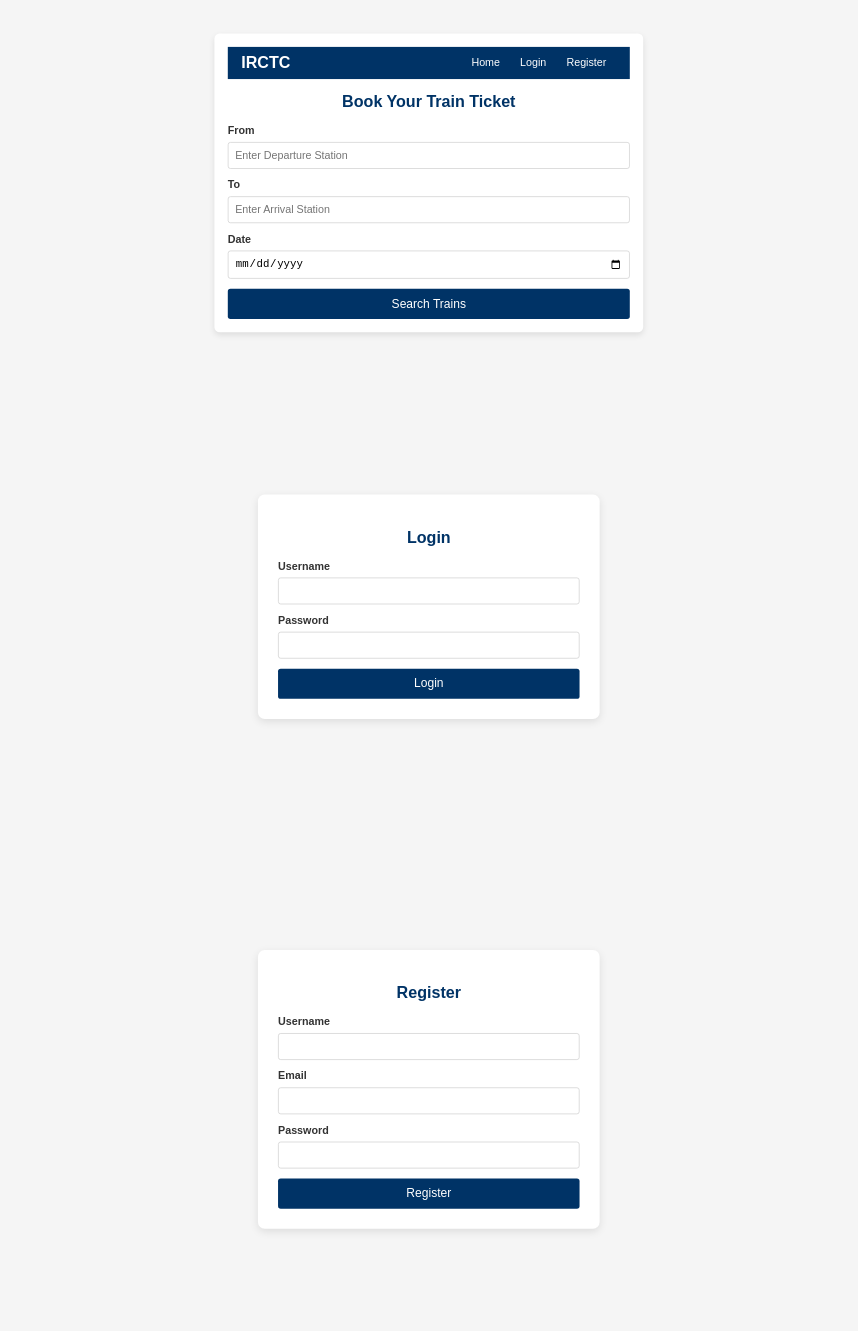
Repository: ssaddamhuss100/IRCTC-Clone
Page: /
These files come from the project's save history. The page is drawn as it stood at one moment and after a run of saves; the edit follows.
The browser window is 1280 px wide. The pictures show the whole page, at 67% of full size.
The project was rebuilt for these pictures with package versions that can differ from the ones it lists, and the page was loaded fresh each time. Also part of the build but not shown: vite.config.js.

Above is the page before, as saved 2025-01-19 11:50:26.

### src/App.jsx
import React, { useEffect } from "react";
import Homepage from "./pages/Homepage/Homepage";
import Login from "./pages/Login/Login";
import Register from "./pages/Register/Register";


const App = () => {
  return (
    <div>
      <Homepage/>
      <Login/>
      <Register/>
    </div>
  );
};

export default App;

### src/pages/Homepage/Homepage.jsx
import React from "react";
import "./HomePage.css";
import Navbar from "../../components/Navbar/Navbar";
const HomePage = () => {

  return (
    <div className="homepage">
      <Navbar/>
      <h2>Book Your Train Ticket</h2>
      <form>
        <div className="form-group">
          <label htmlFor="from">From</label>
          <input
            type="text"
            id="from"
            placeholder="Enter Departure Station"
            required
          />
        </div>
        <div className="form-group">
          <label htmlFor="to">To</label>
          <input
            type="text"
            id="to"
            placeholder="Enter Arrival Station"
            required
          />
        </div>
        <div className="form-group">
          <label htmlFor="date">Date</label>
          <input type="date" id="date" required />
        </div>
        <button type="submit">Search Trains</button>
      </form>
    </div>
  );
};


export default HomePage;

### src/pages/Login/Login.jsx
import React from "react";
import "./Login.css";

const Login = () => {
  return (
    <div className="login-container">
      <div className="login-box">
        <h2>Login</h2>

        <form>

          <div className="form-group">
            <label htmlFor="username">Username</label>
            <input type="text" id="username" required />
          </div>

          <div className="form-group">
            <label htmlFor="password">Password</label>
            <input type="password" id="password" required />
          </div>

          <button type="submit">Login</button>

        </form>

      </div>
    </div>
  );
};

export default Login;

### src/pages/Register/Register.jsx
import React from "react";
import "./Register.css";

const Register = () => {
  return (
    <div className="register-container">
      <div className="register-box">
        <h2>Register</h2>

        <form>

          <div className="form-group">
            <label htmlFor="username">Username</label>
            <input type="text" id="username" required />
          </div>

          <div className="form-group">
            <label htmlFor="email">Email</label>
            <input type="email" id="email" required />
          </div>

          <div className="form-group">
            <label htmlFor="password">Password</label>
            <input type="password" id="password" required />
          </div>

          <button type="submit">Register</button>

        </form>

      </div>
    </div>
  );
};

export default Register;

### src/pages/Homepage/Homepage.css
body {
  margin: 0;
  font-family: Arial, sans-serif;
  background-color: #f5f5f5;
}

.homepage {
  background-color: white;
  padding: 20px;
  margin: 50px auto;
  border-radius: 8px;
  max-width: 600px;
  box-shadow: 0 4px 10px rgba(0, 0, 0, 0.1);
}

h2 {
  color: #003366;
  text-align: center;
  margin-bottom: 20px;
  font-size: 24px;
  font-weight: 700;
}

form {
  display: flex;
  flex-direction: column;
  gap: 15px;
}

.form-group {
  display: flex;
  flex-direction: column;
}

.form-group label {
  font-size: 16px;
  font-weight: 600;
  color: #333;
  margin-bottom: 8px;
}

.form-group input {
  padding: 10px;
  border: 1px solid #ccc;
  border-radius: 4px;
  font-size: 16px;
  transition: border-color 0.3s;
}

.form-group input:focus {
  border-color: #003366;
}

button[type="submit"] {
  background-color: #003366;
  color: white;
  padding: 12px;
  border: none;
  border-radius: 4px;
  font-size: 18px;
  cursor: pointer;
  transition: background-color 0.3s;
}

button[type="submit"]:hover {
  background-color: #005b99;
}

@media (max-width: 768px) {
  .homepage {
    margin: 20px;
    padding: 15px;
  }
}

### src/components/navbar/Navbar.jsx
import React from "react";
import "./Navbar.css";
import Login from "../../pages/Login/Login";
import Register from "../../pages/Register/Register";

const Navbar = () => {
  return (
    <nav className="navbar">
      <h1>IRCTC</h1>
      <ul>
        <li>
          <a href="/">Home</a>
        </li>
        <li>
          <a href="/login">Login</a>
        </li>
        <li>
          <a href="/register">Register</a>
        </li>
      </ul>
    </nav>
  );
};

export default Navbar;

### src/pages/Login/Login.css
/* Outer container to center the form on the page */
.login-container {
  display: flex;
  justify-content: center; /* Center horizontally */
  align-items: center; /* Center vertically */
  min-height: 100vh; /* Full viewport height */
  background-color: #f5f5f5; /* Light gray background */
}

/* Form box layout similar to IRCTC */
.login-box {
  background-color: #ffffff; /* White background for form */
  padding: 30px;
  border-radius: 10px; /* Rounded corners */
  box-shadow: 0 4px 12px rgba(0, 0, 0, 0.1); /* Soft shadow */
  width: 100%; /* Full width of container */
  max-width: 450px; /* Max width to limit form size */
}

/* Form heading */
.login-box h2 {
  text-align: center;
  color: #003366; /* IRCTC blue color for heading */
  margin-bottom: 20px;
}

### src/pages/Register/Register.css
/* Outer container to center the form on the page */
.register-container {
    display: flex;
    justify-content: center; /* Center horizontally */
    align-items: center; /* Center vertically */
    min-height: 100vh; /* Full viewport height */
    background-color: #f5f5f5; /* Light gray background */
  }

  /* Form box layout similar to IRCTC */
  .register-box {
    background-color: #ffffff; /* White background for form */
    padding: 30px;
    border-radius: 10px; /* Rounded corners */
    box-shadow: 0 4px 12px rgba(0, 0, 0, 0.1); /* Soft shadow */
    width: 100%; /* Full width of container */
    max-width: 450px; /* Max width to limit form size */
  }

  /* Form heading */
  .register-box h2 {
    text-align: center;
    color: #003366; /* IRCTC blue color for heading */
    margin-bottom: 20px;
  }

### src/components/navbar/navbar.css
.navbar {
    display: flex;
    justify-content: space-between;
    align-items: center;
    background-color: #003366;
    padding: 10px 20px;
    color: white;
  }

  .navbar h1 {
    margin: 0;
  }

  .navbar ul {
    list-style-type: none;
    margin: 0;
    padding: 0;
    display: flex;
  }

  .navbar li {
    margin: 0 15px;
  }

  .navbar a {
    color: white;
    text-decoration: none;
    font-size: 16px;
  }

  .navbar a:hover {
    text-decoration: underline;
  }

### src/components/Header/Header.jsx
import React from "react";
import "./Header.css";

class Header extends React.Component {
  render() {
    return (
      <nav className ="header">
        <h1>IRCTC</h1>
        <ul>
          <li>
            <a href="/">Home</a>
          </li>
          <li>
            <a href="/Login">Login</a>
          </li>
          <li>
            <a href="/register">Register</a>
          </li>
        </ul>
      </nav>
    );
  }
}

export default Header;

### src/components/Header/Header.css
.header {
  display: flex;
  justify-content: space-between;
  align-items: center;
  background-color: #ffcc00;
  padding: 10px 20px;
  color: #343a40;
}

.header h1 {
  margin: 0;
  font-family: "Arial", sans-serif;
}

.header ul {
  list-style-type: none;
  margin: 0;
  padding: 0;
  display: flex;
}

.header li {
  margin: 0 15px;
}

.header a {
  color: #343a40; /* Dark text for links */
  text-decoration: none;
  font-size: 16px;
}

.header a:hover {
  text-decoration: underline;
}

Loaded but not shown: index.html (common file); src/main.jsx (common file)

After the next 5 saves:
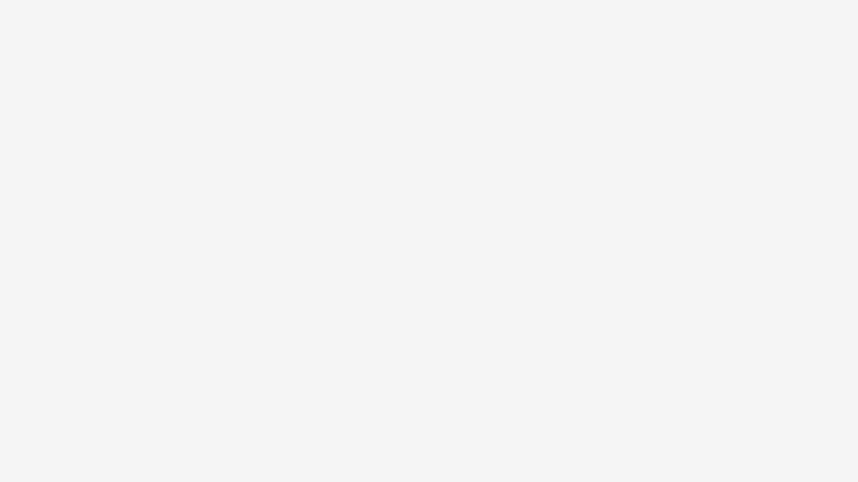
Console error (its wording comes from the project's code and is left out).
The 5 saves are shown as one change because 1 did not build or start and some came seconds apart.
The last was saved 98 s later.
--- a/src/App.jsx
+++ b/src/App.jsx
@@ -10,6 +10,7 @@
       <Homepage/>
       <Login/>
       <Register/>
+      <Headers/>
     </div>
   );
 };

After the 3 saves that followed:
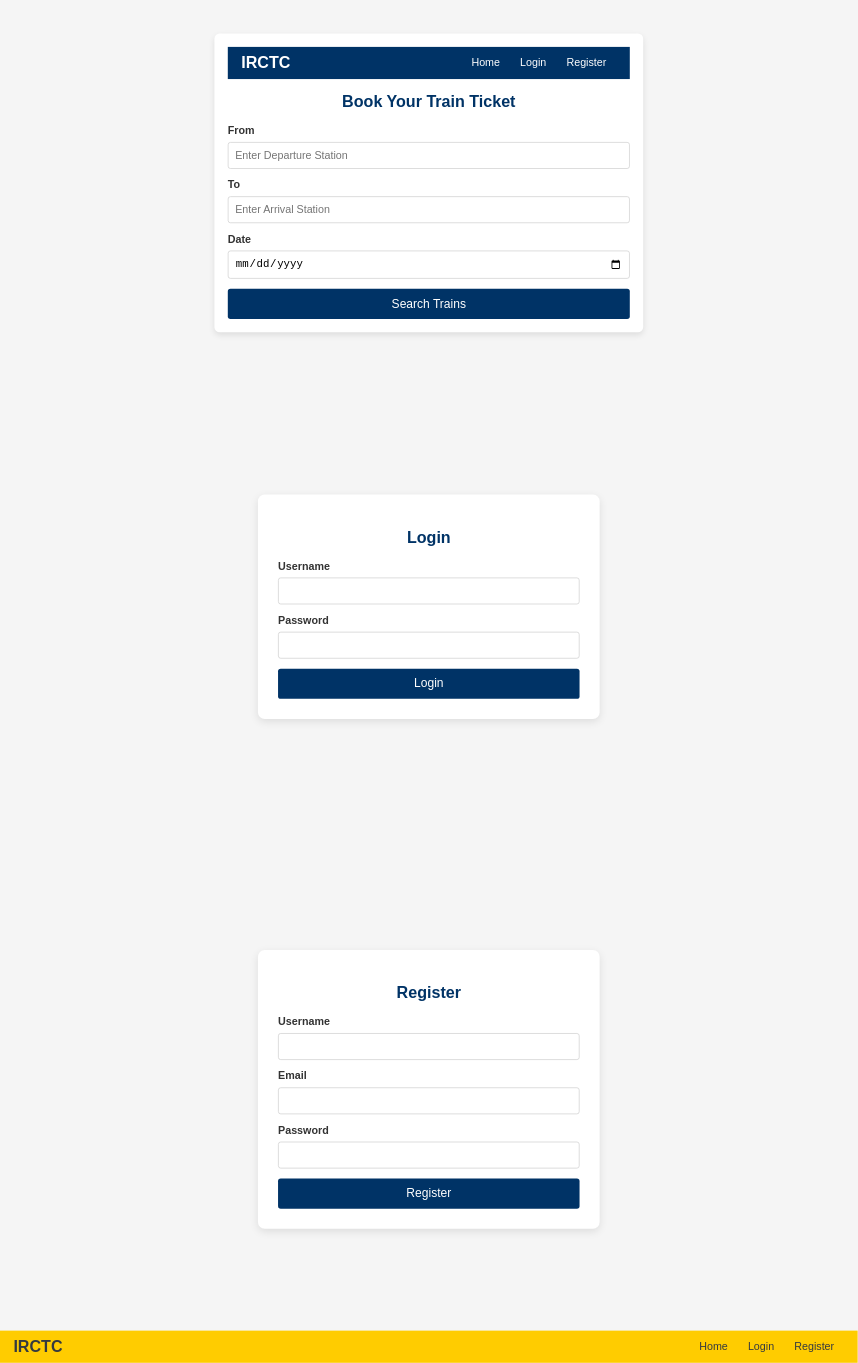
The error is gone.
The 3 saves are shown as one change because 1 left the picture as it was and some came seconds apart.
The last was saved 58 s later.
--- a/src/App.jsx
+++ b/src/App.jsx
@@ -2,6 +2,7 @@
 import Homepage from "./pages/Homepage/Homepage";
 import Login from "./pages/Login/Login";
 import Register from "./pages/Register/Register";
+import Header from "./components/Header/Header";
 
 
 const App = () => {
@@ -10,7 +11,7 @@
       <Homepage/>
       <Login/>
       <Register/>
-      <Headers/>
+      <Header/>
     </div>
   );
 };
